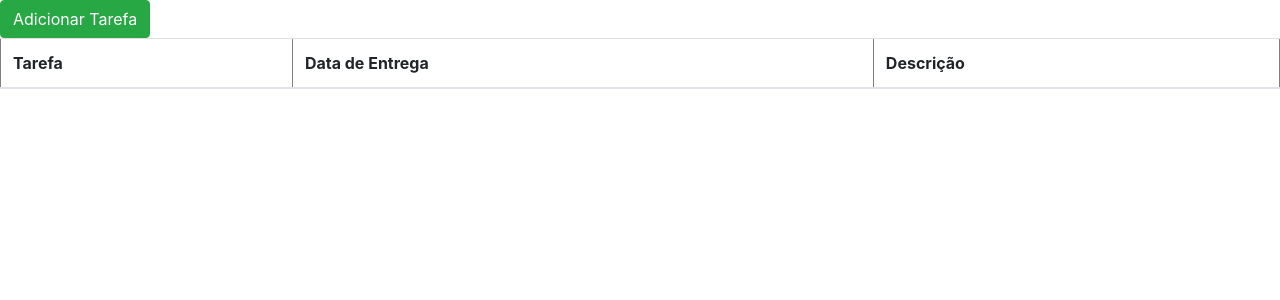
Repository: sophiaks/CRUD
Page: http://localhost/Projeto1/Views/lista.jsp
The author's editor kept a copy of each file at every save. The page is drawn from the files as they stood at one save, then again after the next save.
The browser window is 1280 px wide. The pictures show the whole page.
The page is served by Tomcat 9. Nobody is signed in. The application's start-up code is not run. Other server files are loaded and not shown. Queries for data that is not in the repository find no rows.

Above is the page before, as saved 2020-09-23 18:51:41.

### WorkspaceP1/Projeto1/WebContent/Views/lista.jsp
<%@ page language="java" contentType="text/html; charset=ISO-8859-1"
    pageEncoding="ISO-8859-1"%>
<%@ taglib uri="http://java.sun.com/jsp/jstl/core" prefix="c" %>
<%@ taglib uri="http://java.sun.com/jsp/jstl/fmt" prefix="fmt" %>
<!DOCTYPE html>
<html>
<head>
<meta charset="ISO-8859-1">
<meta http-equiv="X-UA-Compatible" content="IE=edge">
<meta name="viewport" content="width=device-width, initial-scale=1">
<title>Lista de Tarefas</title>
<link href="<c:url value="/bootstrap/css/bootstrap.min.css"/>" rel="stylesheet">
</head>
<body>
	<jsp:useBean id="dao" class="br.edu.insper.DAO"/>
	<a href="<%=request.getContextPath()%>/adiciona"
					class="btn btn-success">Adicionar Tarefa</a>
	<table border='1' class="table">
				<thead>
					<tr>
						<th>Tarefa</th>
						<th>Data de Entrega</th>
						<th>Descrição</th>
					</tr>
				</thead>
				<tbody>
					<c:forEach var="tarefa" items="${dao.lista}">
						<tr>
							<td>${tarefa.nome}</td>
							<td>${tarefa.entrega}</td>
							<td>${tarefa.descricao}</td>

							<td><form action="remove" method="post">
							<input type="hidden" name='id' value='${tarefa.id}'>
							<input type="submit" value="remover">
							</form>
							</td>

							<td><form action="atualiza" method="get">
							<input type="hidden" name='id' value='${tarefa.id}'>
							<input type="hidden" name='nome' value='${tarefa.nome}'>
							<input type="hidden" name='entrega' value='${tarefa.entrega}'>
							<input type="hidden" name='descricao' value='${tarefa.descricao}'>
							<input type="submit" value="Editar">
							</form>
							</td>
						</tr>
					</c:forEach>
				</tbody>
</table>
</body>
</html>

### WorkspaceP1/Projeto1/src/br/edu/insper/model/DAO.java
package br.edu.insper;
import java.sql.Connection;
import java.sql.DriverManager;
import java.sql.PreparedStatement;
import java.sql.ResultSet;
import java.sql.SQLException;
import java.util.ArrayList;
import java.util.List;


public class DAO {
	private Connection connection = null;

	public DAO () throws ClassNotFoundException, SQLException {
		Class.forName("com.mysql.jdbc.Driver");
		connection = DriverManager.getConnection("jdbc:mysql://127.0.0.1:3306/tarefas?serverTimezone=UTC", "root", "^^b^@JVg^x!6");
	}

	public List<Tarefa> getLista() throws SQLException {
		List<Tarefa> tarefas = new ArrayList<Tarefa>();

		PreparedStatement stmt = connection.prepareStatement("SELECT * FROM tarefa;");
		ResultSet rs = stmt.executeQuery();

		while (rs.next()) {
			Tarefa tarefa = new Tarefa();

			tarefa.setId(rs.getInt("id"));
			tarefa.setNome(rs.getString("tarefa"));
			tarefa.setEntrega(rs.getString("data"));
			tarefa.setDescricao(rs.getString("descricao"));
			tarefas.add(tarefa);
			}

		rs.close();
		stmt.close();

		return tarefas;

		}

	public void close() throws SQLException {
		connection.close();
	}

	public void adiciona(Tarefa tarefa) throws SQLException {
		String sql = "INSERT INTO Tarefa" + "(tarefa, data, descricao) VALUES (?,?,?)";
		PreparedStatement stmt = connection.prepareStatement(sql);
		stmt.setString(1, tarefa.getNome());
		stmt.setString(2, tarefa.getEntrega());
		stmt.setString(3, tarefa.getDescricao());
		stmt.execute();
		stmt.close();
	}

	public void atualiza(Tarefa tarefa) throws SQLException {
		String sql = "UPDATE Tarefa SET " + "tarefa=?, data=?, descricao=? WHERE id=?";
		PreparedStatement stmt = connection.prepareStatement(sql);
		stmt.setString(1, tarefa.getNome());
		stmt.setString(2, tarefa.getEntrega());
		stmt.setString(3, tarefa.getDescricao());
		stmt.setInt(4, tarefa.getId());
		stmt.execute();
		stmt.close();
	}

	public void remove(Integer id) throws SQLException {
		PreparedStatement stmt = connection.prepareStatement("DELETE FROM Tarefa WHERE id=?");
		stmt.setInt(1,  id);
		stmt.execute();
		stmt.close();
	}
}

### WorkspaceP1/Projeto1/src/br/edu/insper/model/Tarefa.java
package br.edu.insper;

// Tipico java bin - recebe info do banco de dados
public class Tarefa {

	private Integer id;
	private String nome;
	private String entrega;
	private String descricao;
	public Integer getId() {
		return id;
	}
	public void setId(Integer id) {
		this.id = id;
	}
	public String getNome() {
		return nome;
	}
	public void setNome(String nome) {
		this.nome = nome;
	}
	public String getEntrega() {
		return entrega;
	}
	public void setEntrega(String date) {
		this.entrega = date;
	}
	public String getDescricao() {
		return descricao;
	}
	public void setDescricao(String string) {
		this.descricao = string;
	}

}

Loaded but not shown: WorkspaceP1/Projeto1/WebContent/bootstrap/css/bootstrap.min.css (library)

After the next save:
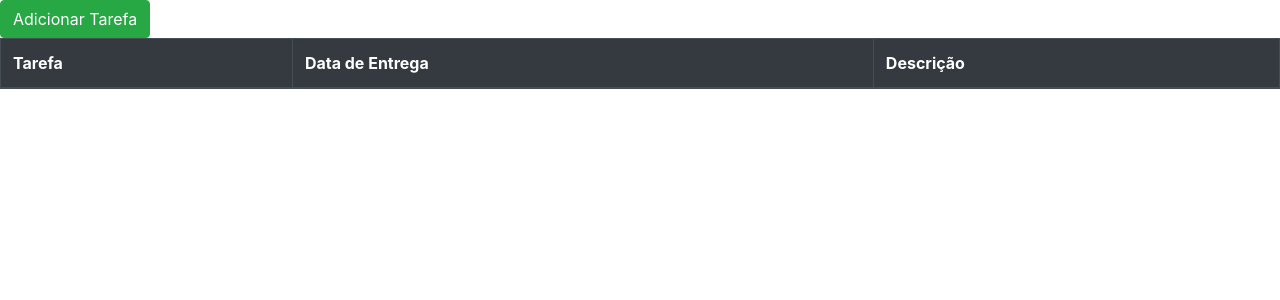
Saved 41 s later.
--- a/WorkspaceP1/Projeto1/WebContent/Views/lista.jsp
+++ b/WorkspaceP1/Projeto1/WebContent/Views/lista.jsp
@@ -15,7 +15,7 @@
 	<jsp:useBean id="dao" class="br.edu.insper.DAO"/>
 	<a href="<%=request.getContextPath()%>/adiciona"
 					class="btn btn-success">Adicionar Tarefa</a>
-	<table border='1' class="table">
+	<table border='1' class="table table-dark">
 				<thead>
 					<tr>
 						<th>Tarefa</th>
